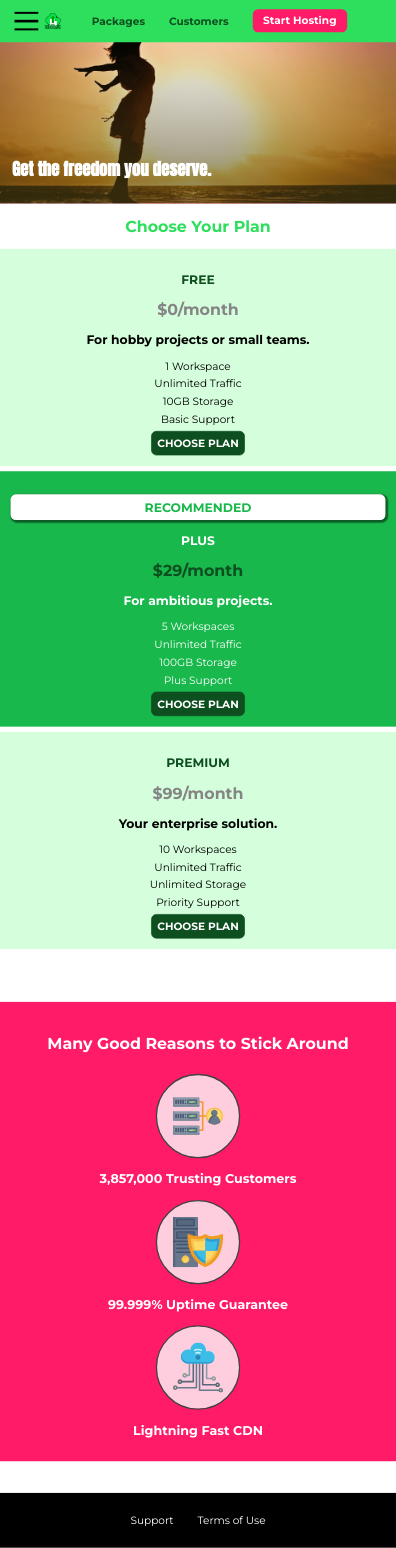
Repository: Nowacki97PL/UdemyCSS
Page: index.html
An editor plug-in stored every save of this project. The page is shown before and after the next save, followed by the edit.
The browser window is 600 px wide. The pictures show the whole page, at 66% of full size.

Above is the page before, as saved 2023-11-26 12:11:55.

After the next save:
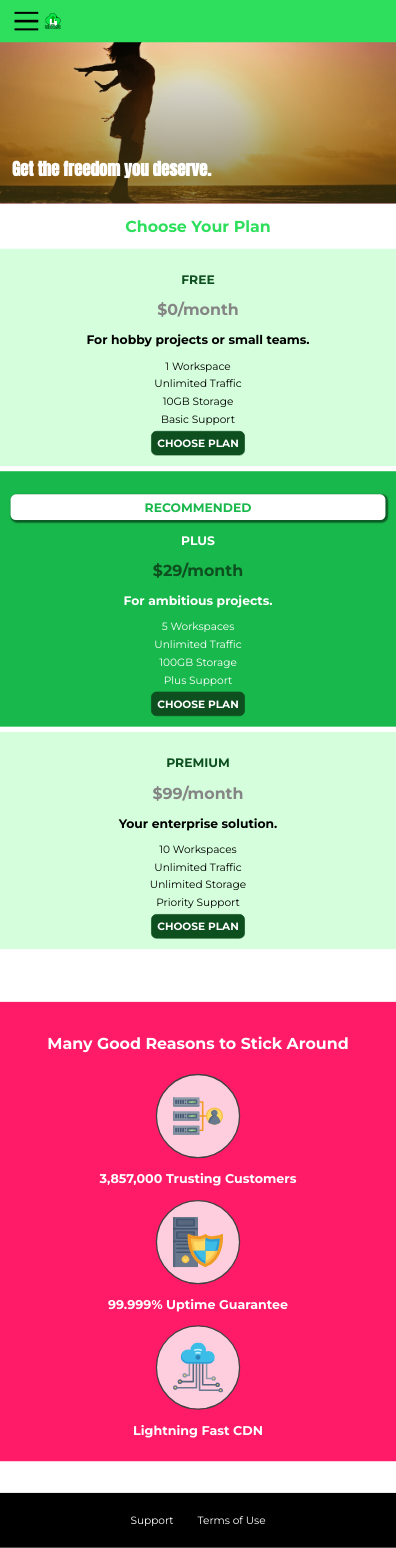
Saved 5 s later.
--- a/shared.css
+++ b/shared.css
@@ -95,7 +95,9 @@ body {
 }
 
 @media (max-width: 40rem) {
-  .main-nav__items
+  .main-nav__items {
+    display: none;
+  }
 }
 
 .main-nav__item {
